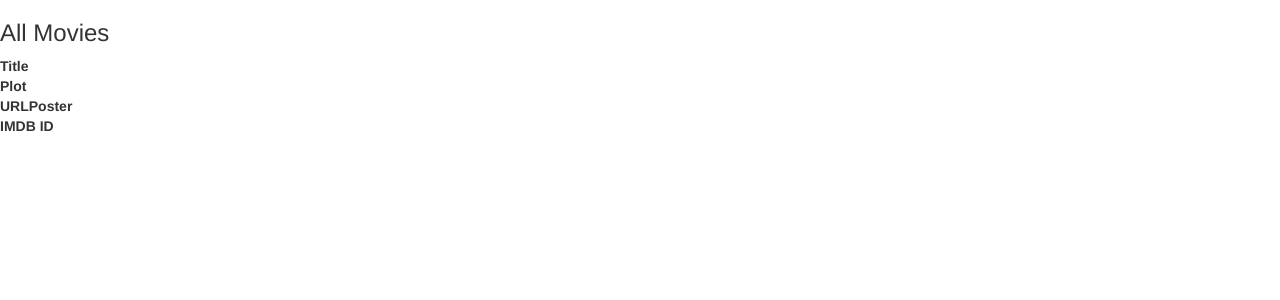
Repository: gitsana/JoseAnnunziato
Page: MyRestfulService/WebContent/addmovie.html
These files come from the project's save history. The page is drawn as it stood at one moment and after the next save; the edit follows.
The browser window is 1280 px wide. The pictures show the whole page.

Above is the page before, as saved 2015-10-02 01:01:00.

After the next save:
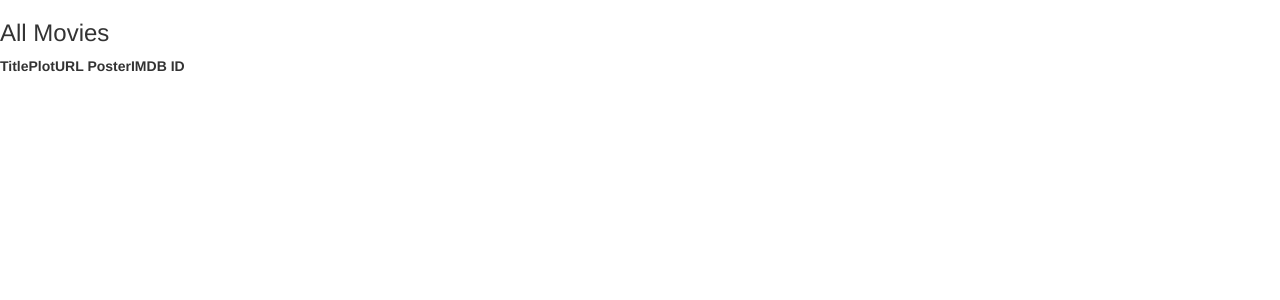
Saved 58 s later.
--- a/MyRestfulService/WebContent/addmovie.html
+++ b/MyRestfulService/WebContent/addmovie.html
@@ -9,10 +9,12 @@
 <link rel="stylesheet" href="https://maxcdn.bootstrapcdn.com/bootstrap/3.3.5/css/bootstrap.min.css">
 <h3>All Movies</h3>
 <table>
-	<tr><th>Title</th></tr>
-	<tr><th>Plot</th></tr>
-	<tr><th>URLPoster</th></tr>
-	<tr><th>IMDB ID</th></tr>
+	<tr>
+		<th>Title</th>
+		<th>Plot</th>
+		<th>URL Poster</th>
+		<th>IMDB ID</th>
+	</tr>
 </table>
 </body>
 </html>
